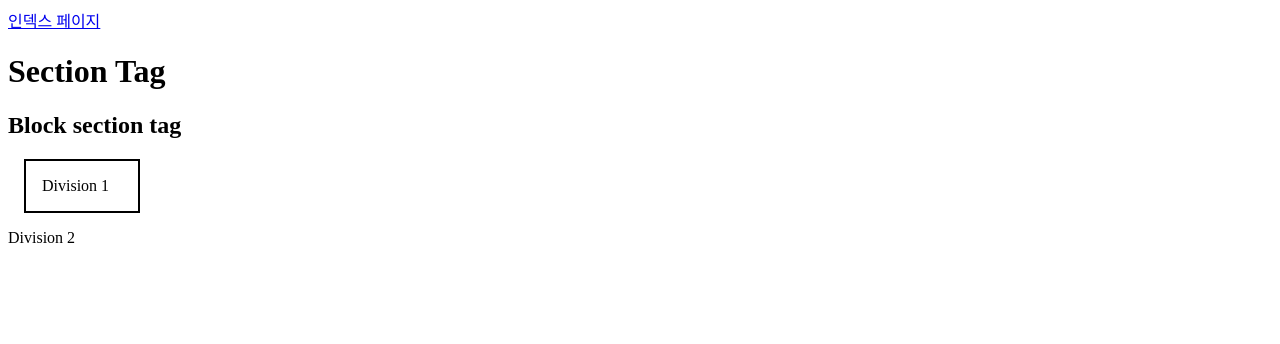
Repository: Sid0130/HTML
Page: lab-web/lab01_html/src/main/webapp/section.html
These files come from the project's save history. The page is drawn as it stood at one moment and after the next save; the edit follows.
The browser window is 1280 px wide. The pictures show the whole page.

Above is the page before, as saved 2024-12-03 02:19:33.

### lab-web/lab01_html/src/main/webapp/section.html
<!DOCTYPE html>
<html>
    <head>
        <meta charset="UTF-8">
        <title>lab01</title>
    </head>
        <body>

            <a href="index.html">인덱스 페이지</a>

            <h1>Section Tag</h1>

            <!--위에서 아래로 적혀지는게 블록요소 -->
            <h2>Block section tag</h2>
            <div style="border: 2px solid black; margin: 16px; padding: 16px; width: 80px;">Division 1</div>
            <div>Division 2</div>
        </body>
</html>

After the next save:
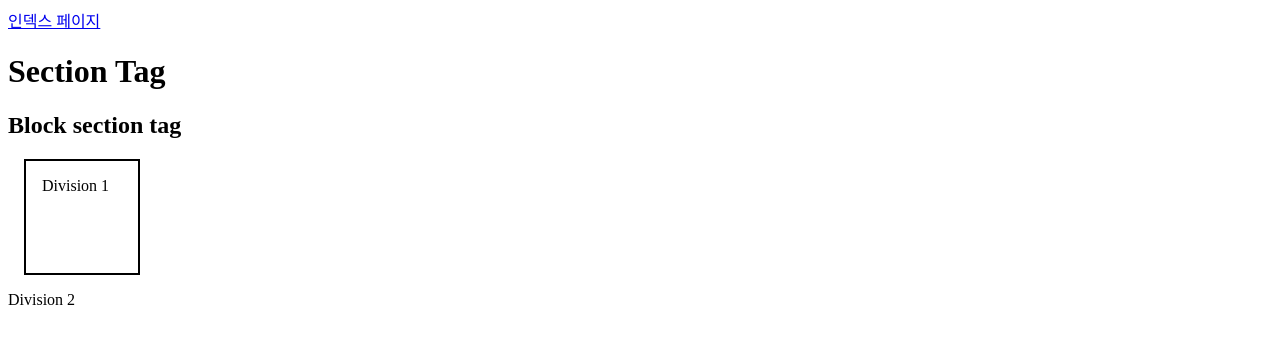
Saved 22 s later.
--- a/lab-web/lab01_html/src/main/webapp/section.html
+++ b/lab-web/lab01_html/src/main/webapp/section.html
@@ -12,7 +12,7 @@
 
             <!--위에서 아래로 적혀지는게 블록요소 -->
             <h2>Block section tag</h2>
-            <div style="border: 2px solid black; margin: 16px; padding: 16px; width: 80px;">Division 1</div>
+            <div style="border: 2px solid black; margin: 16px; padding: 16px; width: 80px; height: 80px;">Division 1</div>
             <div>Division 2</div>
         </body>
 </html>
